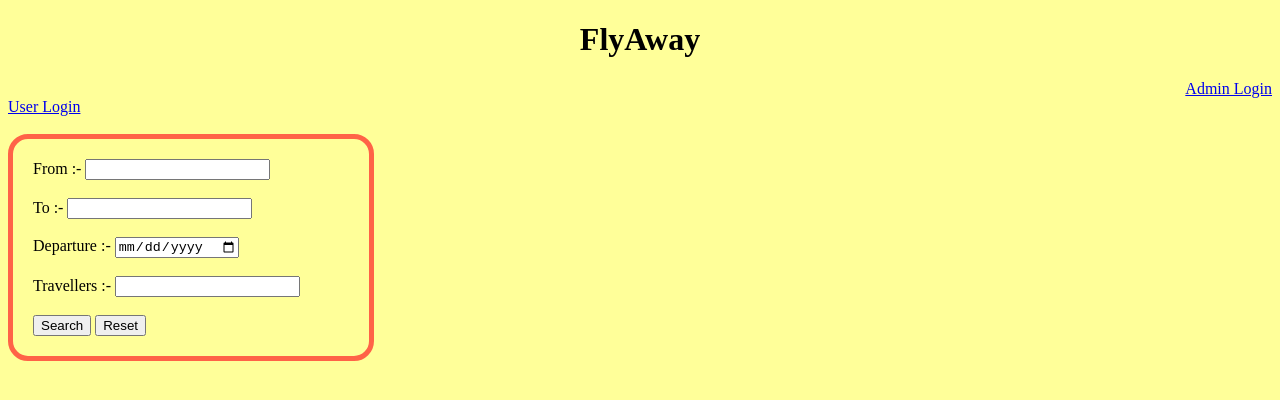
Repository: badrilogaram/Phase-two-project
Page: http://localhost/FlyAway-master/HomePage.jsp
An editor plug-in stored every save of this project. The page is shown before and after the next save, followed by the edit.
The browser window is 1280 px wide. The pictures show the whole page.
The page is served by Tomcat 9. Other server files are loaded and not shown.

Above is the page before, as saved 2021-05-27 22:46:13.

### FlyAway-master/src/main/webapp/HomePage.jsp
<%@ page language="java" contentType="text/html; charset=ISO-8859-1"
    pageEncoding="ISO-8859-1"%>
<%@ page import="java.util.*" %>
<!DOCTYPE html>
<html>
<head>
<meta charset="ISO-8859-1">
<title>FlyAway</title>
</head>
<body style="background-color:rgb(255,255,153)">
<h1><center>FlyAway</center></h1>

<div align="right">
<a href="AdminPage.jsp">Admin Login</a>
</div>

<%
	@SuppressWarnings("unchecked")
	HashMap<String,String> user=(HashMap<String,String>)session.getAttribute("user");
	if(user!=null){
%>
<p>Welcome <%=user.get("name") %></p>
<a href="Logout">Logout</a>
<%
	}else{
%>
<a href=UserPage.jsp>User Login</a>
<%
	}
%>
<br><br>
<div style="border:5px solid tomato;width:25%;border-radius:20px;padding:20px">
<form action=FlightList method=post>
	<label for=from>From :-</label> <input type=text name=from id=from/><br><br>
	<label for=to>To :-</label> <input type=text name=to id=to/><br><br>
	<label for=departure>Departure :-</label> <input type=date name=departure id=departure/><br><br>
	<label for=travellers>Travellers :-</label> <input type=number name=travellers id=travellers/><br><br>
	<input type=submit value=Search /> <input type=reset />
</form>
</div>
</body>
</html>

After the next save:
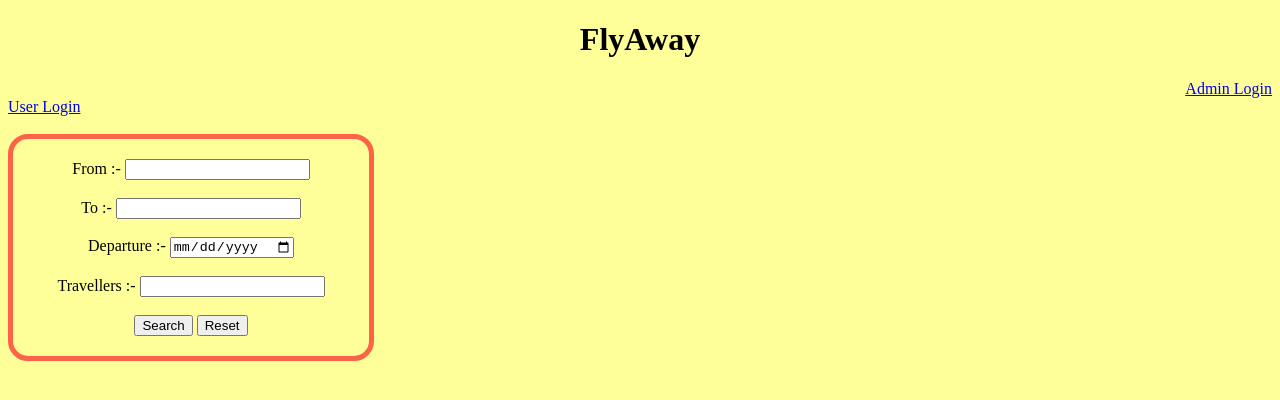
Saved 56 s later.
--- a/FlyAway-master/src/main/webapp/HomePage.jsp
+++ b/FlyAway-master/src/main/webapp/HomePage.jsp
@@ -29,7 +29,7 @@
 	}
 %>
 <br><br>
-<div style="border:5px solid tomato;width:25%;border-radius:20px;padding:20px">
+<div style="border:5px solid tomato;width:25%;border-radius:20px;padding:20px" align = "center">
 <form action=FlightList method=post>
 	<label for=from>From :-</label> <input type=text name=from id=from/><br><br>
 	<label for=to>To :-</label> <input type=text name=to id=to/><br><br>
